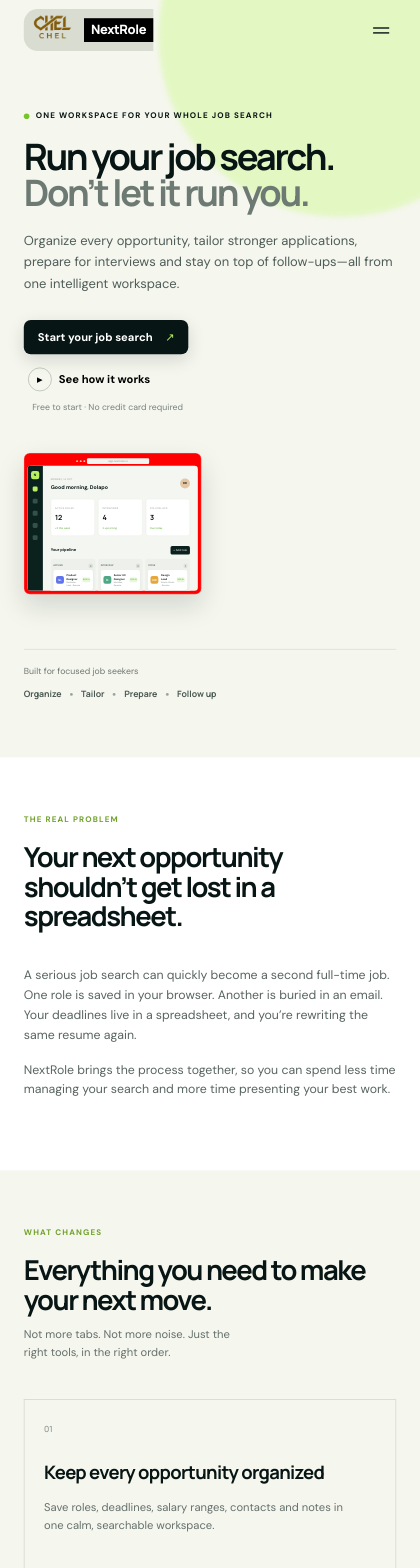
Repository: Lovethrech/NextRole-Nuxt-Portfolio
Page: /
The author's editor kept a copy of each file at every save. The page is drawn from the files as they stood at one save, then again after the next save.
The browser window is 600 px wide. The pictures show the part of the page from y = 0 to 2240 px (the page is 6767 px tall), at 70% of full size.
The project was rebuilt for these pictures with package versions that can differ from the ones it lists, and the page was loaded fresh each time. The framework's server and built-in components were replaced by stand-ins that run in the browser. Also part of the build but not shown: nuxt.config.js.

Above is the page before, as saved 2026-09-12 17:39:20.

### assets/css/main.css
:root{
    --ink:#071514;
    --deep:#0d2421;
    --green:#b9ef63;
    --mint:#ddffc8;
    --paper:#f5f6ee;
    --white:#fff;
    --line:#d9ddd1;
    --muted:#65706c;
    --orange:#ff8a61;
    --blue:#6579ff;
    font-family:'DM Sans',sans-serif;
    color:var(--ink);
    background:var(--paper);
    font-synthesis:none;
}
*{
    box-sizing:border-box;
}
html{
    scroll-behavior:smooth;
}
body{
    margin:0;
    padding: 0;
    background:var(--paper);
    font-size:16px;
    line-height:1.6;
}
button,a{
    font:inherit;
}
button{
    cursor:pointer;
}
a{
    color:inherit;
    text-decoration:none;
}
.container{
    width:min(1580px,calc(100% - 120px));
    margin-inline:auto;
}
.site-shell{
    overflow:hidden;
}
.nav-wrap{
    position:absolute;
    inset:0 0 auto;
    z-index:20;
}
.nav{
    height:86px;
    display:flex;
    align-items:center;
    justify-content:space-between;
}
/* BRAND LOGO */
/* START */
.brand-logo-ctn{
    width: 70px;
}
.brand-logo-ctn img{
    width:100%;
}
#brand-sub-name{
    margin:auto 0;
    padding:2px 10px;
    background-color: #000000;
    color:#ffffff;
}

/* END */
.brand{
    background-color: var(--line);
    padding: 8px 0 8px 6px;
    border-radius: 20px 0 0 20px;
    display:flex;
    align-items:center;
    gap:10px;
    font-family:Manrope,sans-serif;
    font-weight:800;
    font-size:1.15rem;
    letter-spacing:-.03em;
}
.nav-links{
    display:flex;
    align-items:center;
    gap:32px;
    font-weight:600;
    font-size:.9rem;
}
.nav-links>a{
    color:#33423f;
}
.button{
    border:0;
    display:inline-flex;
    align-items:center;
    justify-content:center;
    gap:18px;
    border-radius:10px;
    padding:15px 20px;
    font-weight:700;
    line-height:1.2;
    transition:transform .2s,box-shadow .2s;
}
.button:hover{
    transform:translateY(-2px);
}
.button-small{
    padding:11px 15px;
}
.button-ghost{
    border:1px solid #b9c0b5;
    background:transparent;
}
.button-primary{
    background:var(--ink);
    color:#fff;
    box-shadow:0 8px 24px #07151424;
}
.button-primary span,.button-light span{
    color:var(--green);
}
.button-light{
    background:#fff;
    color:var(--ink);
}
.menu-button{
    display:none;
}
.hero{
    min-height:880px;
    padding-top:178px;
    position:relative;
}
.hero:before{
    content:'';
    position:absolute;
    width:520px;
    height:520px;
    border-radius:50%;
    background:#dff8b9;
    filter:blur(4px);
    right:-180px;
    top:-210px;
    opacity:.8;
}
.hero-copy{
    width:56%;
    position:relative;
    z-index:2;
}
.eyebrow,.section-kicker{
    font-size:.72rem;
    font-weight:800;
    letter-spacing:.14em;
    text-transform:uppercase;
    display:flex;
    align-items:center;
    gap:9px;
}
.eyebrow span{
    width:8px;
    height:8px;
    border-radius:50%;
    background:#75c525;
}
.hero h1{
    font-family:Manrope,sans-serif;
    font-size:clamp(3.4rem,4.5vw,6.15rem);
    line-height:.98;
    letter-spacing:-.065em;
    margin:24px 0 28px;
    font-weight:700;
}
.hero h1 em{
    font-style:normal;
    color:#6d7a74;
}
.hero-lede{
    font-size:1.16rem;
    line-height:1.65;
    color:#4e5d58;
    max-width:630px;
}
.hero-actions{
    display:flex;
    align-items:center;
    gap:28px;
    margin-top:36px;
}
.text-link{
    border:0;
    background:none;
    font-weight:700;
    display:flex;
    align-items:center;
    gap:10px;
}
.play{
    border:1px solid #aeb6ac;
    border-radius:50%;
    width:34px;
    height:34px;
    display:grid;
    place-items:center;
    font-size:.65rem;
}
.microcopy{
    font-size:.78rem;
    color:#77817d;
    margin:12px 0 0 12px;
}
.dashboard-frame{
    position:absolute;
    z-index:3;
    width:560px;
    right: 4vh;
    top:220px;
    background:#fff;
    padding:10px;
    border-radius:18px;
    box-shadow:0 35px 80px #0c2b2226;
    transform:rotate(-1.3deg);
    border:1px solid #e5e9df;
}
.frame-bar{
    height:28px;
    display:flex;
    align-items:center;
    gap:5px;
    padding:0 8px;
}
.frame-bar span{
    width:6px;
    height:6px;
    background:#cad0c7;
    border-radius:50%;
}
.frame-bar p{
    font-size:.52rem;
    background:#f2f4ef;
    color:#8b948f;
    padding:2px 65px;
    border-radius:4px;
    margin:auto;
}
.dash{
    height:380px;
    display:flex;
    background:#f4f6f1;
    border-radius:10px;
    overflow:hidden
}
.dash-side{
    width:52px;
    background:#0b211e;
    display:flex;
    flex-direction:column;
    align-items:center;
    gap:22px;
    padding-top:16px;
}
.mini-brand{
    width:25px;
    height:25px;
    border-radius:7px;
    background:var(--green);
    display:grid;
    place-items:center;
    font-size:.65rem;
}
.dash-side i{
    width:15px;
    height:15px;
    border-radius:4px;
    background:#33514b;
}
.dash-side i.active{
    background:var(--green);
}
.dash-main{
    padding:24px;
    width:100%;
}
.dash-top{
    display:flex;
    justify-content:space-between;
    align-items:center;
}
.dash-top small,.stat-grid small{
    font-size:.45rem;
    letter-spacing:.11em;
    color:#88918d;
}
.dash-top h3{
    font-size:1rem;
    margin:4px 0;
}
.avatar{
    width:30px;
    height:30px;
    border-radius:50%;
    background:#e4c6a5;
    display:grid;
    place-items:center;
    font-size:.55rem;
    font-weight:800;
}
.stat-grid{
    display:grid;
    grid-template-columns:repeat(3,1fr);
    gap:10px;
    margin:18px 0
}
.stat-grid>div{
    padding:12px;
    border-radius:8px;
    background:#fff;
    border:1px solid #e4e8e1;
}
.stat-grid strong{
    display:block;
    font-family:Manrope;
    font-size:1.35rem;
}
.stat-grid span{
    font-size:.5rem;
    color:#59a733;
}
.pipeline-head{
    display:flex;
    justify-content:space-between;
    align-items:center;
}
.pipeline-head h4{
    font-size:.76rem;
}
.pipeline-head button{
    font-size:.55rem;
    border:0;
    background:#0b211e;
    color:white;
    padding:6px 9px;
    border-radius:5px;
}
.pipeline{
    display:grid;
    grid-template-columns:repeat(3,1fr);
    gap:8px;
}
.lane{
    background:#edf0eb;border-radius:7px;padding:8px}.lane>p{font-size:.45rem;font-weight:800;color:#6b7570
}
.lane>p b{
    float:right;
    background:#dce2da;
    padding:1px 4px;
    border-radius:3px;
}
.lane article{
    background:#fff;
    padding:8px;
    margin-top:7px;
    border-radius:6px;
    display:grid;
    grid-template-columns:26px 1fr auto;
    gap:6px;
    align-items:center;
    box-shadow:0 2px 7px #1933290b;
}
.company-icon{width:24px;height:24px;display:grid;place-items:center;border-radius:6px;font-size:.5rem;font-weight:800;color:white;
}.cobalt{background:#5f73ed;
}.coral{background:#ff8567;
}.mint{background:#4fa884;
}.gold{background:#e5a83a;
}.lane article strong{font-size:.48rem;display:block;
}.lane article small{font-size:.4rem;color:#7f8984;display:block;
}.lane article mark{font-size:.38rem;background:#e5f8d7;color:#55982d;border-radius:3px;padding:2px;
}.lane article.task,.lane article.celebrate{display:block;padding:10px;
}.lane .task span{font-size:.42rem;color:#dd6d49;
}.lane .celebrate{background:#e4f8bf;
}.lane .celebrate>span{font-size:.9rem;color:#62a329;
}
.hero-proof{
    position:absolute;
    bottom:56px;
    left:0;
    right:0;
    border-top:1px solid var(--line);
    padding-top:22px;
    display:flex;
    justify-content:space-between;
    color:#6d7873;
    font-size:.78rem;
}
.hero-proof p{display:flex;align-items:center;gap:24px;margin:0;
}
.hero-proof b{font-family:Manrope;color:#4a5853;
}
.hero-proof i{width:4px;height:4px;background:#9aa49f;border-radius:50%;
}
.problem-section{background:#fff;padding:115px 0;
}
.problem-grid{display:grid;grid-template-columns:1.1fr .9fr;gap:120px;
}
.section-kicker{color:#71a22a;margin:0 0 22px;
}
.problem-grid h2,.section-heading h2,.how-copy h2,.control-copy h2,.faq h2,.final-cta h2{font-family:Manrope;font-size:clamp(2.3rem,4.3vw,4.5rem);line-height:1.08;letter-spacing:-.055em;margin:0;
}
.problem-copy{font-size:1.1rem;color:#58645f;
}
.problem-copy p{margin:0 0 22px;
}
.features{padding:120px 0;
}
.section-heading{display:flex;justify-content:space-between;align-items:end;margin-bottom:55px;
}
.section-heading h2{max-width:710px;
}
.section-heading>p{max-width:310px;color:#65706c;
}
.benefit-grid{
    display:grid;
    grid-template-columns:repeat(2,1fr);
    border-top:1px solid #cfd5cb;
    border-left:1px solid #cfd5cb;
}
.benefit-card{min-height:315px;
    padding:42px;
    border-right:1px solid #cfd5cb;
    border-bottom:1px solid #cfd5cb;
    position:relative;
    transition:background .25s,transform .25s;
}
.benefit-card:hover{background:#fff;transform:translateY(-3px);
}
.benefit-card>span{font-family:Manrope;font-size:.75rem;color:#89928e;
}
.benefit-card h3{font-family:Manrope;font-size:1.65rem;letter-spacing:-.035em;margin:28px 0 12px;
}
.benefit-card p{color:#65706c;max-width:440px;
}
.benefit-card strong{position:absolute;bottom:38px;color:#3f6c18;font-size:.85rem;
}
.how-section{background:var(--deep);color:#fff;padding:120px 0;
}
.how-grid{display:grid;grid-template-columns:.85fr 1.15fr;gap:130px;
}
.section-kicker.light{color:var(--green);
}
.how-copy>p:not(.section-kicker){color:#afbfba;font-size:1.05rem;max-width:430px;margin:26px 0 36px;
}
.steps{list-style:none;padding:0;margin:0;
}
.steps li{display:grid;grid-template-columns:60px 1fr;gap:20px;border-top:1px solid #35504b;padding:27px 0;
}
.steps li:last-child{border-bottom:1px solid #35504b;
}
.steps>li>span{color:var(--green);font:700 .75rem Manrope;
}
.steps h3{font:700 1.25rem Manrope;margin:0 0 6px;
}
.steps p{color:#9fb1ab;margin:0;
}
.control{padding:120px 0;
}
.control-card{background:#fff;border-radius:24px;display:grid;grid-template-columns:1fr 1fr;overflow:hidden;box-shadow:0 22px 60px #1a35250c;
}
.control-visual{background:#dff3bf;min-height:560px;display:grid;place-items:center;padding:50px;
}
.document{width:330px;background:white;border-radius:12px;padding:32px;box-shadow:0 25px 50px #4167222c;transform:rotate(-2deg);
}
.doc-label{font-size:.55rem;letter-spacing:.14em;font-weight:800;
}
.document>i{height:7px;background:#e6eae3;border-radius:4px;display:block;margin-top:17px;
}
.document>i.short{width:60%;
}
.document>i.medium{width:80%;
}
.suggestion{display:flex;gap:12px;background:#f3fae9;border:1px solid #cce9a6;padding:14px;border-radius:8px;margin:22px -12px;
}
.suggestion b{color:#599825;
}
.suggestion p{margin:0;
}
.suggestion strong{font-size:.72rem;display:block;
}
.suggestion small{font-size:.6rem;color:#6c776f;
}
.control-copy{padding:70px;display:flex;flex-direction:column;justify-content:center;
}
.control-copy>p:not(.section-kicker){color:#66716c;font-size:1.05rem;
}
.control-copy ul{list-style:none;padding:0;margin:18px 0 0;
}
.control-copy li{padding:12px 0;border-top:1px solid #e4e8e0;font-weight:600;
}
.control-copy li:before{content:'✓';display:inline-grid;place-items:center;margin-right:12px;width:23px;height:23px;border-radius:50%;background:#e5f7cd;color:#4e861e;font-size:.75rem;
}
.faq{padding:40px 0 120px;display:grid;grid-template-columns:.75fr 1.25fr;gap:120px;
}
.faq h2{font-size:3.2rem;
}
.accordion details{border-top:1px solid #cdd3ca;padding:24px 0;
}
.accordion details:last-child{border-bottom:1px solid #cdd3ca;
}
.accordion summary{list-style:none;font:700 1.05rem Manrope;display:flex;justify-content:space-between;cursor:pointer;
}
.accordion summary::-webkit-details-marker{display:none;
}
.accordion summary span{font-size:1.4rem;font-weight:400;
}
.accordion details[open] summary span{transform:rotate(45deg);
}
.accordion details p{color:#64706a;max-width:620px;margin:16px 40px 0 0;
}
.final-cta{background:#102c28;color:#fff;border-radius:28px;min-height:500px;padding:75px;display:grid;grid-template-columns:1.1fr .9fr;align-items:center;position:relative;overflow:hidden;
}
.final-cta h2{max-width:700px;
}
.final-cta p{color:#b2c0bc;
}
.final-cta small{display:block;color:#8ca19b;margin:12px;
}
.final-cta .button{margin-top:15px;
}
.orbit{height:350px;position:relative;display:grid;place-items:center;
}
.orbit span{position:absolute;border:1px solid #54716a;border-radius:50%;
}
.orbit-one{width:290px;height:290px;
}
.orbit-two{width:200px;height:200px;
}
.orbit b{width:95px;height:95px;border-radius:26px;background:var(--green);color:var(--deep);display:grid;place-items:center;font:800 2.2rem Manrope;box-shadow:0 0 70px #b9ef6352;
}
.footer{min-height:140px;display:flex;align-items:center;justify-content:space-between;gap:30px;font-size:.75rem;color:#79827e;
}
.footer p{max-width:480px;text-align:center;
}
.modal-backdrop{position:fixed;inset:0;background:#061411cc;backdrop-filter:blur(8px);z-index:50;display:grid;place-items:center;padding:20px;
}
.modal{width:min(550px,100%);background:var(--paper);border-radius:22px;padding:44px;position:relative;
}
.modal h2{font:700 2.25rem/1.1 Manrope;letter-spacing:-.05em;margin:0;
}
.modal>p:not(.section-kicker){color:#63706a;
}
.modal-close{position:absolute;right:20px;top:15px;border:0;background:none;font-size:2rem;
}
.modal-list{margin:28px 0;
}
.modal-list>span{float:left;color:#6b9c2a;font:bold .7rem Manrope;margin-top:5px;
}
.modal-list p{margin:0 0 18px 35px;
}
.modal-list b,.modal-list small{display:block;
}
.modal-list small{color:#68746e;
}
.fade-enter-active,.fade-leave-active{transition:opacity .2s;
}
.fade-enter-from,.fade-leave-to{opacity:0;
}

@media(max-width:1180px){
    .nav-wrap{position:absolute;
    }
    .menu-button{display:flex;flex-direction:column;gap:5px;border:0;background:none;padding:10px;
    }
    .menu-button span{width:23px;height:2px;background:var(--ink);
    }
    .nav-links{display:none;position:absolute;top:72px;left:20px;right:20px;background:white;padding:24px;border-radius:14px;box-shadow:0 20px 50px #172c2424;flex-direction:column;align-items:stretch;
    }
    .nav-links.open{display:flex;
    }
    .hero{padding-top:145px;min-height:auto;padding-bottom:80px;
    }
    .hero-copy{width:100%;
    }
    .hero h1{font-size:clamp(3rem,11vw,5rem);
    }
    .dashboard-frame{position:relative;top:auto;right:auto;width:100%;margin-top:55px;transform:none;
    }
    .hero-proof{position:relative;bottom:auto;margin-top:50px;
    }
    .problem-grid,.how-grid,.faq{grid-template-columns:1fr;gap:50px;
    }
    .section-heading{display:block;
    }
    .control-card{grid-template-columns:1fr;
    }
    .control-visual{min-height:420px;
    }
    .final-cta{grid-template-columns:1fr;
    }
    .orbit{display:none;
    }
    .footer{flex-direction:column;text-align:center;padding:50px 0;
    }
}

@media(max-width:750px){
    .container{width:min(100% - 68px,1180px);
    }
    .hero h1{font-size:3.25rem;
    }
    .hero-actions{align-items:flex-start;flex-direction:column;gap:18px;
    }
    .dashboard-frame{
        background-color: red;
        place-items:center;
        width: 90vw;
        transform:scale(.47);
        transform-origin:top left;
        margin-bottom:-200px;
    }
    .hero-proof{display:block;
    }
    .hero-proof p{margin-top:12px;gap:12px;flex-wrap:wrap;
    }
    .problem-section,.features,.how-section,.control{padding:80px 0;
    }
    .problem-grid h2,.section-heading h2,.how-copy h2,.control-copy h2,.faq h2,.final-cta h2{font-size:2.45rem;
    }
    .benefit-grid{grid-template-columns:1fr;
    }
    .benefit-card{padding:28px;min-height:300px;
    }
    .how-grid{gap:55px;
    }
    .control-visual{padding:30px;min-height:380px;
    }
    .document{width:280px;
    }
    .control-copy{padding:38px 28px;
    }
    .faq{padding:10px 0 80px;gap:40px;
    }
    .final-cta{padding:48px 26px;min-height:520px;border-radius:20px;
    }
    .footer{align-items:center;
    }
    .modal{padding:36px 24px;
    }
    .modal h2{font-size:2rem;
    }
}

Loaded but not shown: app.vue (150 lines, source omitted)

After the next save:
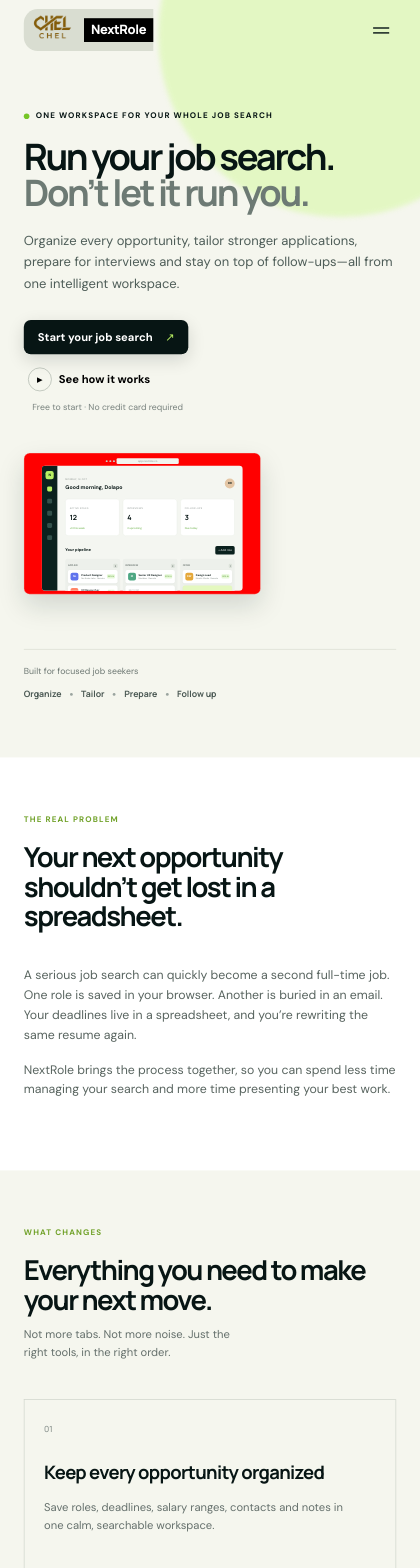
Saved 9 s later.
--- a/assets/css/main.css
+++ b/assets/css/main.css
@@ -615,7 +615,7 @@
     .dashboard-frame{
         background-color: red;
         place-items:center;
-        width: 90vw;
+        width: 90vh;
         transform:scale(.47);
         transform-origin:top left;
         margin-bottom:-200px;
